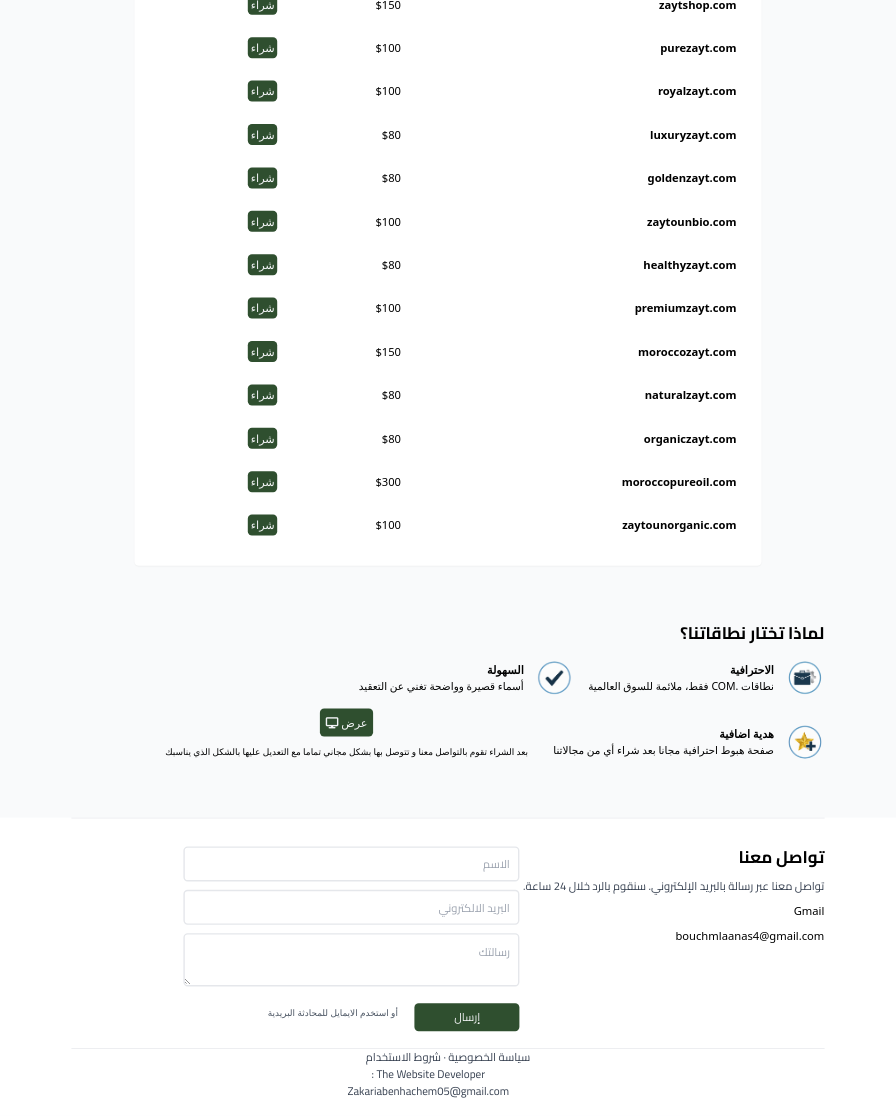
Repository: zakaria-bn05/Olive-oil-domaine-names-english-version
Page: index.html
These files come from the project's save history. The page is drawn as it stood at one moment and after the next save; the edit follows.
The browser window is 1280 px wide. The pictures show the part of the page from y = 1103 to 3023 px (the page is 2700 px tall before and 3023 px after), at 70% of full size.
Some web libraries are served in a nearby version.

Above is the page before, as saved 2025-11-19 02:01:27.

### index.html
<!DOCTYPE html>
<html lang="ar" dir="rtl">

<head>
    <meta charset="UTF-8">
    <meta name="viewport" content="width=device-width, initial-scale=1.0">
    <link rel="icon" type="image/x-icon" href="assets/logo.png">
    <link rel="stylesheet" href="https://cdnjs.cloudflare.com/ajax/libs/font-awesome/6.5.1/css/all.min.css">
    <script src="https://cdn.tailwindcss.com"></script>
    <link href="https://fonts.googleapis.com/css2?family=Cairo:wght@300;400;600;700;800&display=swap" rel="stylesheet">
    <title src="">بيع نطاقات زيت الزيتون .COM</title>
    <style>
        .font-cairo {
            font-family: 'Cairo', system-ui, -apple-system, 'Segoe UI', Roboto, sans-serif;
        }

        .nav-link {
            font-size: 0.95rem;
            font-weight: 600;
        }

        .nav-link:hover {
            opacity: 0.92;
        }

        .bg-olive-btn {
            background-color: #2f4f2f;
        }

        .bg-olive-btn:hover {
            filter: contrast(80%);
        }

        .header {
            height: 445px;
            background-image: url('assets/header-picture.jpg');
            background-size: cover;
            background-position: center;
        }

        .table-spaced {
            border-collapse: separate;
            border-spacing: 0 0.9rem;
        }

        .table-spaced th,
        .table-spaced td {
            background: white;
            padding: 0.75rem 1rem;
            border-radius: 8px;
        }

        .table-spaced thead th {
            background: transparent;
            font-weight: 700;
        }

        #landing-page-container {
            background-image: url('assets/landing-page.jpg');
            background-size: cover;
            background-position: center;
        }

        @media (max-width: 768px) {

            nav {
                margin-top: -40px;
            }

            .special-domaine {
                width: 400px
            }

            .buy-reason {
                padding-left: auto;
            }
        }
    </style>
</head>

<body class="min-h-screen flex flex-col">
    <main class="font-Cairo w-full flex flex-col bg-gray-50 text-gold-dark ">
        <nav
            class="sticky md:top-0 z-30 bg-white/60 backdrop-blur-sm flex w-full h-26 md:h-16 px-[4%] md:px-[8%] items-center justify-between md:gap-1">

            <div class=" flex items-center gap-[2%]">
                <img src="assets/logo.png" class=" w-8 cursor-pointer alt=" OliveDomains Logo">
                <div>
                    <p class="text-right font-bold">OliveDomains</p>
                    <p class="text-xs font-cairo w-30">نطاقات .COM لعلامات زيت الزيتون</p>
                </div>
            </div>
            <div class="flex items-center mt-28 mb-2 md:m-0 gap-4">
                <a id="full-list" class="text-green-900 nav-link font-cairo w-18 cursor-pointer md:w-max ">القائمة
                    الكاملة</a>
                <a id="" class="special text-green-900 nav-link font-cairo cursor-pointer ">مميزة</a>
                <a id="contact"
                    class="bg-olive-btn rounded-md p-[4px] md:p-[6px] text-gray-100 nav-link font-cairo cursor-pointer md:w-max">تواصل
                    معنا</a>
            </div>
        </nav>
        <header class="header flex items-center justify-center z-10 relative ">
            <div class="bg-white rounded-2xl backdrop-blur-sm bg-opacity-30 w-4/5 p-11 flex flex-col gap-3 ">
                <h1 class="font-cairo text-4xl font-bold text-right "> ابدأ علامتك التجارية لزيت الزيتون اليوم.</h1>
                <p class="text-gray-700 text-right text-ms ">
                    نقدم لك أسماء نطاقات .COM قصيرة، سهلة التذكر، وجاهزة للانطلاق.
                </p>
                <div class="flex md:flex-row flex-col gap-3 mt-4 ">
                    <button class="special font-cairo bg-olive-btn px-3 py-2 text-gray-100 rounded-md">استعرض النطاقات
                        المميزة
                    </button>
                    <button id="full-list-2" class="font-cairo px-3 py-2 rounded-md border-2 border-green-900 ">عرض
                        القائمة
                        الكاملة
                    </button>
                </div>
            </div>
        </header>
        <article class="px-[8%] py-10">
            <h1 class="font-cairo text-2xl font-bold">النطاقات المميزة</h1>
            <p class="font-cairo text-xm text-gray-700 ">أفضل النطاقات الجاهزة للاستعمال - قصيرة، راقية، وجاهزة لعلامتك.
            </p>
            <div class="flex gap-3 flex-wrap justify-center">
                <div
                    class="special-domaine bg-white border-2 border-gray-300 rounded-md p-5 mt-5 w-100 flex flex-col gap-3 ">
                    <p class=" font-cairo text-xm text-gray-700 ">نطاق
                    </p>
                    <p class=" font-cairo text-xl text-gray-700 font-bold ">goldenzayt.com
                    </p>
                    <p class=" font-cairo text-xm text-gray-700 ">اسم راق وسهل التذكر لماركات زيت الزيتون
                    </p>
                    <div class="flex items-center mt-auto w-full justify-between">

                        <p class=" font-cairo text-xl text-gray-700 font-bold mt-3 ">$80</p>
                        <div class="justify-end">
                            <button class="selling bg-olive-btn px-3 py-2 text-gray-100 rounded-md mt-3">اشترِ الآن
                            </button>
                            <button class="negotiate font-cairo bg-olive-btn px-3 py-2 bg-gray-100 rounded-md mt-3">
                                تفاوض
                            </button>
                        </div>

                    </div>
                </div>
                <div
                    class="special-domaine bg-white border-2 border-gray-300 rounded-md p-5 w-100 mt-5 flex flex-col gap-3 ">
                    <p class=" font-cairo text-xm text-gray-700 ">نطاق
                    </p>
                    <p class=" font-cairo text-xl text-gray-700 font-bold ">luxuryzayt.com
                    </p>
                    <p class=" font-cairo text-xm text-gray-700 ">ملائم للمنتجات الفاخرة والسوق الراقية
                    </p>
                    <div class="flex items-center mt-auto w-full justify-between">

                        <p class=" font-cairo text-xl text-gray-700 font-bold mt-3 ">$80</p>
                        <div class="justify-end">
                            <button href="" class="selling bg-olive-btn px-3 py-2 text-gray-100 rounded-md mt-3">اشترِ
                                الآن
                            </button>
                            <button class="negotiate font-cairo bg-olive-btn px-3 py-2 bg-gray-100 rounded-md mt-3">
                                تفاوض
                            </button>
                        </div>
                    </div>
                </div>
                <div
                    class="special-domaine bg-white border-2 border-gray-300 rounded-md p-5 mt-5 w-100 flex flex-col gap-3 ">
                    <p class=" font-cairo text-xm text-gray-700 ">نطاق
                    </p>
                    <p class=" font-cairo text-xl text-gray-700 font-bold ">organiczayt.com
                    </p>
                    <p class=" font-cairo text-xm text-gray-700 ">مثالي للمنتجات العضوية والعضوية المعتمدة
                    </p>
                    <div class="flex items-center w-full justify-between">

                        <p class=" font-cairo text-xl text-gray-700 font-bold mt-3 ">$80</p>
                        <div class="justify-end mt-auto">
                            <button class="selling bg-olive-btn px-3 py-2 text-gray-100 rounded-md mt-3">اشترِ الآن
                            </button>
                            <button class="negotiate font-cairo bg-olive-btn px-3 py-2 bg-gray-100 rounded-md mt-3">
                                تفاوض
                            </button>
                        </div>

                    </div>
                </div>
        </article>
        <article class="px-[8%] py-10">
            <h1 class="font-cairo text-2xl font-bold"> القائمة الكاملة للنطاقات</h1>
            <p class="font-cairo text-xm text-gray-700 ">أفضل النطاقات الجاهزة للاستعمال - قصيرة، راقية، وجاهزة لعلامتك
            </p>
            <div class="flex justify-center w-full">
                <table class=" w-5/6 text-right mt-5 bg-white p-5 rounded-md table-spaced shadow-sm">
                    <tr class="border-b-2 p-5">
                        <th>النطاق</th>
                        <th>السعر</th>
                        <th>الروابط</th>
                    </tr>
                    <tr>
                        <td class="font-bold ">zaytshop.com</td>
                        <td>$150</td>
                        <td><a href="https://sedo.com/search/?member=c67aa84ed5e26d9853476fb49144413aa5dfed49"
                                class="hover:border-b-2 border-black bg-olive-btn text-gray-100 p-1 rounded-md">
                                شراء</a></td>
                    </tr>
                    <tr>
                        <td class="font-bold ">purezayt.com</td>
                        <td>$100</td>
                        <td><a href="https://sedo.com/search/?member=c67aa84ed5e26d9853476fb49144413aa5dfed49"
                                class="hover:border-b-2 border-black bg-olive-btn text-gray-100 p-1 rounded-md">
                                شراء</a></td>
                    </tr>
                    <tr>
                        <td class="font-bold ">royalzayt.com</td>
                        <td>$100</td>
                        <td><a href="https://sedo.com/search/?member=c67aa84ed5e26d9853476fb49144413aa5dfed49"
                                class="hover:border-b-2 border-black bg-olive-btn text-gray-100 p-1 rounded-md">
                                شراء</a></td>
                    </tr>
                    <tr>
                        <td class="font-bold ">luxuryzayt.com</td>
                        <td>$80</td>
                        <td><a href="https://sedo.com/search/?member=c67aa84ed5e26d9853476fb49144413aa5dfed49"
                                class="hover:border-b-2 border-black bg-olive-btn text-gray-100 p-1 rounded-md">
                                شراء</a></td>
                    </tr>
                    <tr>
                        <td class="font-bold ">goldenzayt.com</td>
                        <td>$80</td>
                        <td><a href="https://sedo.com/search/?member=c67aa84ed5e26d9853476fb49144413aa5dfed49"
                                class="hover:border-b-2 border-black bg-olive-btn text-gray-100 p-1 rounded-md">
                                شراء</a></td>
                    </tr>
                    <tr>
                        <td class="font-bold ">zaytounbio.com</td>
                        <td>$100</td>
                        <td><a href="https://sedo.com/search/?member=c67aa84ed5e26d9853476fb49144413aa5dfed49"
                                class="hover:border-b-2 border-black bg-olive-btn text-gray-100 p-1 rounded-md">
                                شراء</a></td>
                    </tr>

                    <tr>
                        <td class="font-bold ">healthyzayt.com</td>
                        <td>$80</td>
                        <td><a href="https://sedo.com/search/?member=c67aa84ed5e26d9853476fb49144413aa5dfed49"
                                class="hover:border-b-2 border-black bg-olive-btn text-gray-100 p-1 rounded-md">
                                شراء</a></td>
                    </tr>
                    <tr>
                        <td class="font-bold ">premiumzayt.com</td>
                        <td>$100</td>
                        <td><a href="https://sedo.com/search/?member=c67aa84ed5e26d9853476fb49144413aa5dfed49"
                                class="hover:border-b-2 border-black bg-olive-btn text-gray-100 p-1 rounded-md">
                                شراء</a></td>
                    </tr>
                    <tr>
                        <td class="font-bold ">moroccozayt.com</td>
                        <td>$150</td>
                        <td><a href="https://sedo.com/search/?member=c67aa84ed5e26d9853476fb49144413aa5dfed49"
                                class="hover:border-b-2 border-black bg-olive-btn text-gray-100 p-1 rounded-md">
                                شراء</a></td>
                    </tr>
                    <tr>
                        <td class="font-bold ">naturalzayt.com</td>
                        <td>$80</td>
                        <td><a href="https://sedo.com/search/?member=c67aa84ed5e26d9853476fb49144413aa5dfed49"
                                class="hover:border-b-2 border-black bg-olive-btn text-gray-100 p-1 rounded-md">
                                شراء</a></td>
                    </tr>

                    <tr>
                        <td class="font-bold ">organiczayt.com</td>
                        <td>$80</td>
                        <td><a href="https://sedo.com/search/?member=c67aa84ed5e26d9853476fb49144413aa5dfed49"
                                class="hover:border-b-2 border-black bg-olive-btn text-gray-100 p-1 rounded-md">
                                شراء</a></td>
                    </tr>
                    <tr>
                        <td class="font-bold ">moroccopureoil.com</td>
                        <td>$300</td>
                        <td><a href="https://sedo.com/search/?member=c67aa84ed5e26d9853476fb49144413aa5dfed49"
                                class="hover:border-b-2 border-black bg-olive-btn text-gray-100 p-1 rounded-md">
                                شراء</a></td>
                    </tr>
                    <tr>
                        <td class="font-bold ">zaytounorganic.com</td>
                        <td>$100</td>
                        <td><a href="https://sedo.com/search/?member=c67aa84ed5e26d9853476fb49144413aa5dfed49"
                                class="hover:border-b-2 border-black bg-olive-btn text-gray-100 p-1 rounded-md">
                                شراء</a></td>
                    </tr>
                </table>
            </div>

        </article>
        <article class="px-[8%] py-10">
            <h1 class="font-cairo text-2xl font-bold"> لماذا تختار نطاقاتنا؟ </h1>
            <div class="flex flex-wrap gap-4">
                <div class=" flex gap-5 mt-5 p-1 rounded-md ">
                    <img src=" assets/pro-logo.png" class="buy-reason w-12 h-12 rounded-full" alt="">
                    <div>
                        <p class="font-bold">الاحترافية</p>
                        <p class="text-[15px]">نطاقات .COM فقط، ملائمة للسوق العالمية</p>
                    </div>
                </div>
                <div class="flex gap-5 mt-5 p-1 rounded-md ">
                    <img src="assets/easy-logo.png" class="buy-reason w-12 h-12 rounded-full" alt="">
                    <div>
                        <p class="font-bold">السهولة</p>
                        <p class="text-[15px]"> أسماء قصيرة وواضحة تغني عن التعقيد</p>
                    </div>
                </div>
                <div class="flex gap-5 mt-5 p-1 rounded-md ">
                    <img src="assets/bonus-logo.png" class="buy-reason w-12 h-12 rounded-full" alt="">
                    <div>
                        <p class="font-bold">هدية اضافية</p>
                        <p class="text-[15px]"> صفحة هبوط احترافية مجانا بعد شراء أي من مجالاتنا </p>
                    </div>
                </div>
                <div id="landing-page-container" class="">

                </div>
                <div class="flex flex-col gap-3 items-center">
                    <button id="display-landing-page"
                        class=" bg-olive-btn p-2 text-ms text-gray-100 rounded-md w-max">عرض <i
                            class="fa-solid fa-display"></i></button>
                    <small>بعد الشراء تقوم بالتواصل معنا و تتوصل بها بشكل مجاني تماما مع التعديل عليها بالشكل الذي
                        يناسبك</small>

                </div>

            </div>

        </article>
        <article class="px-[8%] mt-10 bg-white">
            <hr>
            <div class="flex flex-wrap justify-between pt-10">
                <div class="flex flex-col gap-3">
                    <h1 class="font-cairo text-2xl font-bold "> تواصل معنا </h1>
                    <p class="font-cairo text-xm text-gray-700 m-none p-none ">
                        تواصل معنا عبر رسالة بالبريد الإلكتروني.
                        سنقوم بالرد خلال 24 ساعة.
                    </p>
                    <a href="">Gmail </a>
                    <a href="mailto:bouchmlaanas4@gmail.com">bouchmlaanas4@gmail.com</a>
                </div>
                <form class="flex flex-col gap-3 ml-10 w-[600px] rounded-md" action="https://formspree.io/f/xnnwjaby"
                    method="POST">
                    <input type="text" name="name"
                        class="w-4/5 font-cairo text-ms h-[50px] rounded-md  border-2 border-gray-200 p-3 "
                        placeholder="الاسم">
                    <input type="email" name="mail"
                        class="w-4/5 font-cairo text-ms p-3 h-[50px] rounded-md border-2 border-gray-200"
                        placeholder="البريد الالكتروني">
                    <textarea name="subject" cols="30"
                        class="w-4/5 font-cairo text-ms p-3 rounded-md border-2 border-gray-200"
                        placeholder="رسالتك "></textarea>
                    <div class="flex items-center gap-6">
                        <input type="submit" value="إرسال"
                            class="bg-olive-btn font-cairo px-3 py-2 text-gray-100 rounded-md mt-3 w-1/4 cursor-pointer">
                        <small class="text-gray-600">أو استخدم الايمايل للمحادثة البريدية</small>
                    </div>
                </form>
            </div>
            <br>
            <hr>
            <footer>
                <pre class="text-center text-xm font-cairo text-gray-700">سياسة الخصوصية · شروط الاستخدام
                The Website Developer :
                Zakariabenhachem05@gmail.com
            </pre>
            </footer>
        </article>


    </main>
    <script src="index.js"></script>
</body>

</html>

### index.js
const break_point = 768;
const window_width = window.innerWidth;
console.log(window_width, break_point);
const contact = document.getElementById('contact');
const fullList = document.getElementById('full-list');

const fullList2 = document.getElementById('full-list-2');

contact.addEventListener('click', () => {
    window.scrollTo({
        top: document.body.scrollHeight,
        behavior: 'smooth'
    });
});

fullList.addEventListener('click', () => {
    const scrolling = window_width > break_point ? 850 : 1490;
    window.scrollTo({
        top: scrolling,
        behavior: 'smooth'
    });
});

fullList2.addEventListener('click', () => {
    const scrolling = window_width > break_point ? 850 : 1490;
    window.scrollTo({
        top: scrolling,
        behavior: 'smooth'
    });
});

const specials = document.querySelectorAll('.special');
specials.forEach(special => {
    special.addEventListener('click', () => {
        const scrolling = window_width > break_point ? 450 : 450;
        window.scrollTo({
            top: scrolling,
            behavior: 'smooth'
        });
    });
});

const negotiationBtn = document.querySelectorAll('.negotiate');
negotiationBtn.forEach(element => {
    element.addEventListener('click', () => {
        window.scrollTo({
            top: document.body.scrollHeight,
            behavior: 'smooth'
        });
    });
});

const sellingBtn = document.querySelectorAll('.selling');
sellingBtn.forEach(element => {
    element.addEventListener('click', () => {
        window.open('https://sedo.com/search/?showportfolio=c67aa84ed5e26d9853476fb49144413aa5dfed49', '_blank');
    });
});
const displayLandingPageBtn = document.getElementById('display-landing-page');
displayLandingPageBtn.addEventListener('click', () => {

});

After the next save:
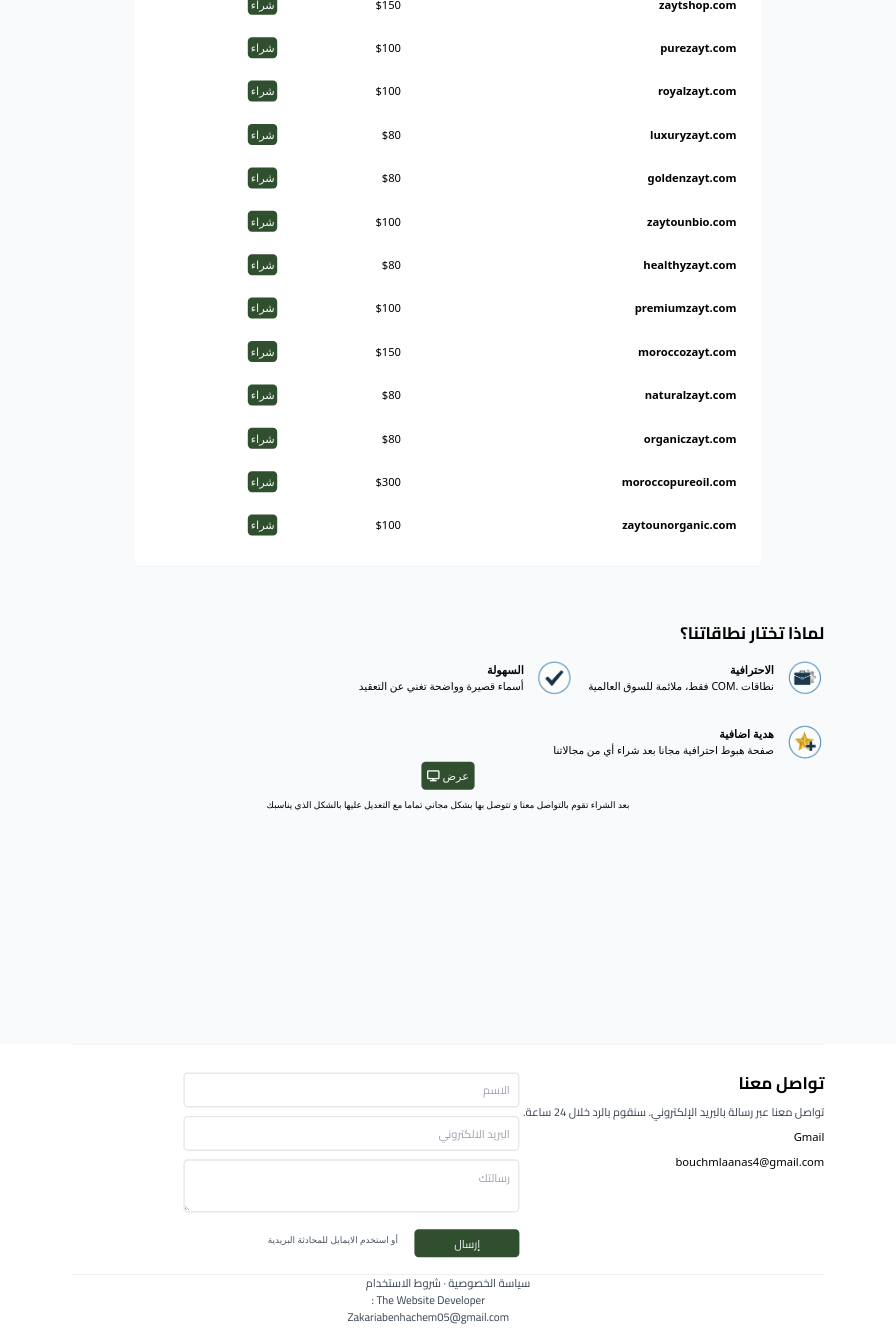
Saved 92 s later.
--- a/index.html
+++ b/index.html
@@ -317,17 +317,16 @@
                         <p class="text-[15px]"> صفحة هبوط احترافية مجانا بعد شراء أي من مجالاتنا </p>
                     </div>
                 </div>
-                <div id="landing-page-container" class="">
-
-                </div>
-                <div class="flex flex-col gap-3 items-center">
-                    <button id="display-landing-page"
-                        class=" bg-olive-btn p-2 text-ms text-gray-100 rounded-md w-max">عرض <i
-                            class="fa-solid fa-display"></i></button>
-                    <small>بعد الشراء تقوم بالتواصل معنا و تتوصل بها بشكل مجاني تماما مع التعديل عليها بالشكل الذي
-                        يناسبك</small>
-
-                </div>
+
+            </div>
+            <div class="flex flex-col gap-3 items-center">
+                <button id="display-landing-page" class=" bg-olive-btn p-2 text-ms text-gray-100 rounded-md w-max">عرض
+                    <i class="fa-solid fa-display"></i></button>
+                <small>بعد الشراء تقوم بالتواصل معنا و تتوصل بها بشكل مجاني تماما مع التعديل عليها بالشكل الذي
+                    يناسبك</small>
+                <div id="landing-page-container" class="w-30 h-60"></div>
+
+            </div>
 
             </div>
 
